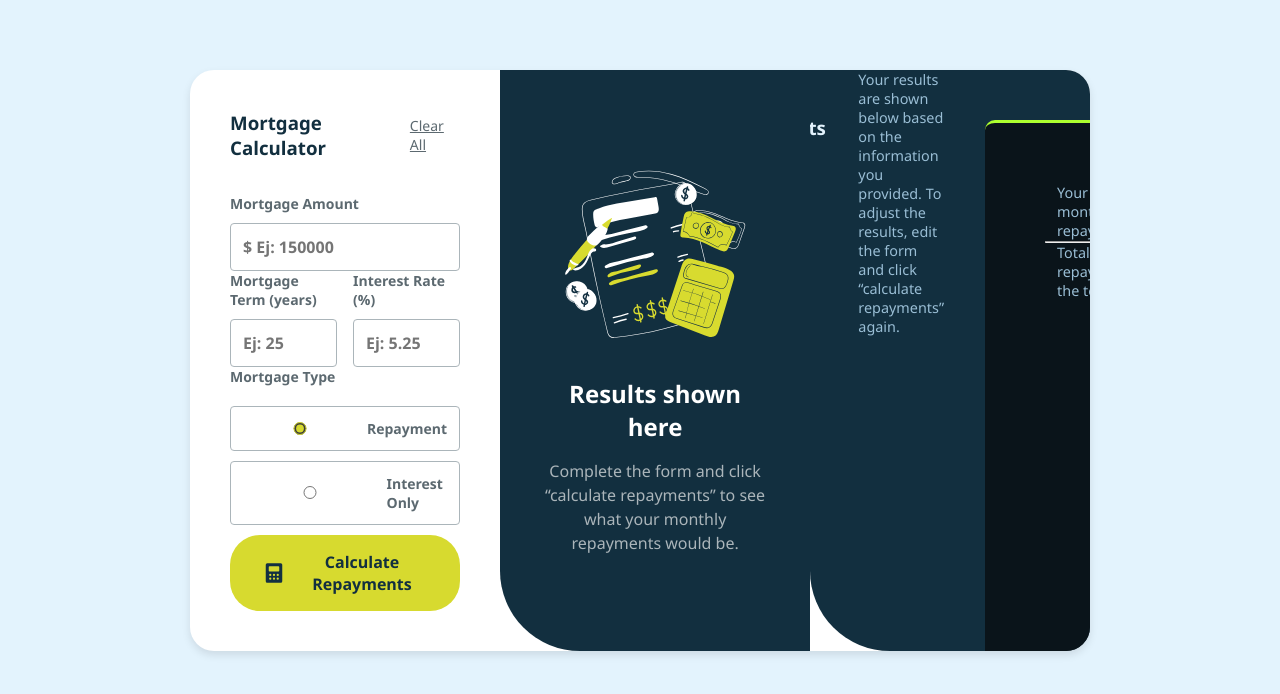
Repository: GravielPV/Mortgage-repayment-calculator
Page: index.html
These files come from the project's save history. The page is drawn as it stood at one moment and after the next save; the edit follows.
The browser window is 1280 px wide. The pictures show the whole page.

Above is the page before, as saved 2025-12-14 15:37:36.

After the next save:
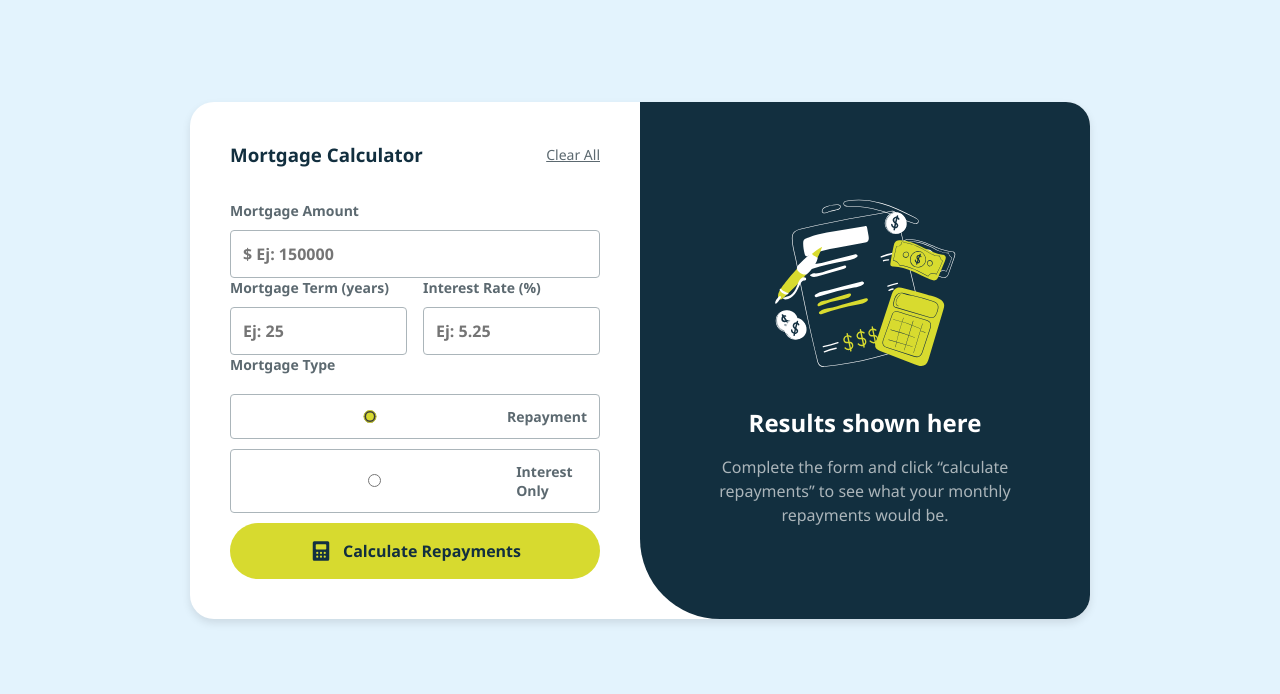
Saved 4 min 21 s later.
--- a/styles.css
+++ b/styles.css
@@ -186,18 +186,11 @@ button:hover {
 
 .resultado {
     display: none;
-}
-
-
-.resultado{
-     width: 50%;
+    width: 50%;
     background-color: hsl(202, 55%, 16%);
-    display: flex;
-    justify-content: center;
     border-bottom-left-radius: 80px;
     overflow: hidden;
-
-
+    padding: 40px;
 }
 
 .resultado .caja-resultados {
